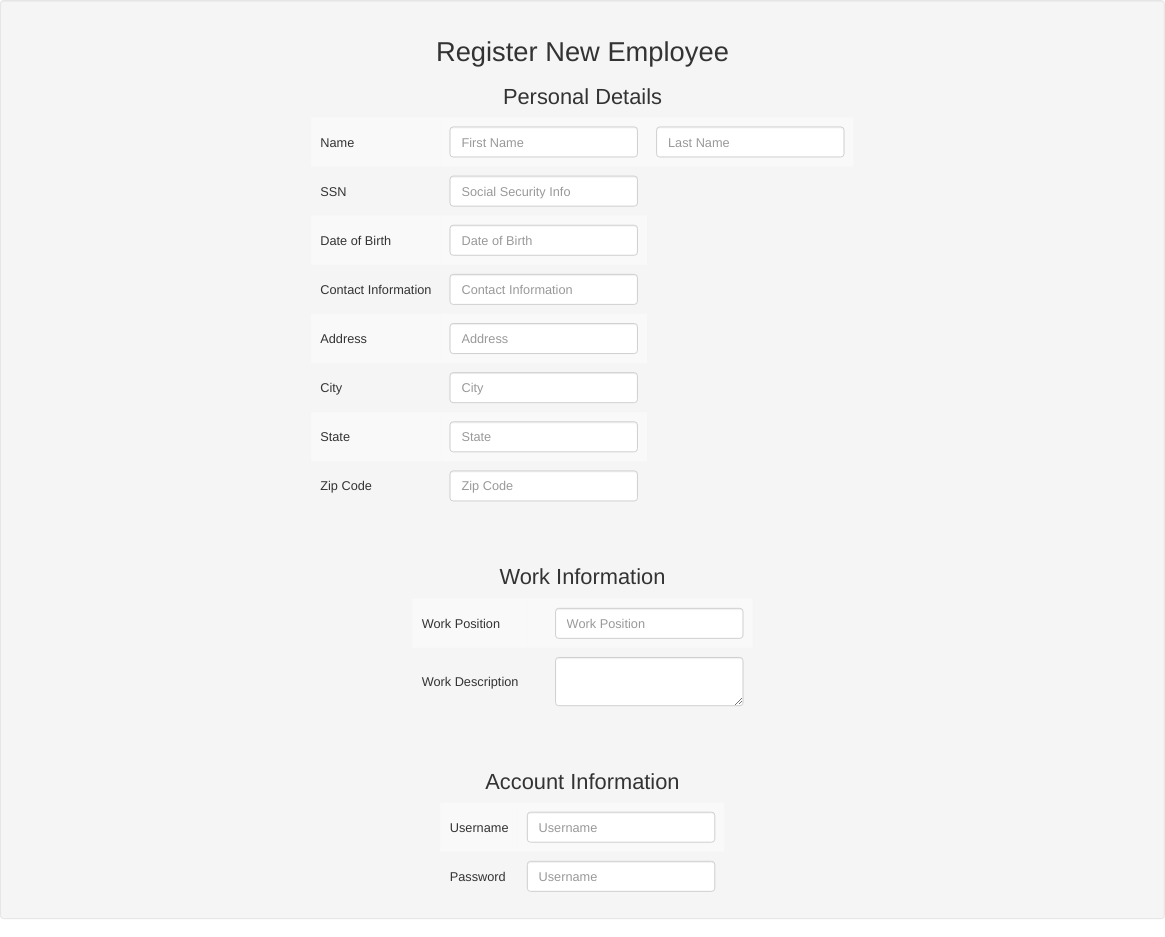
Repository: harshadrane89/CMPE273-WebService-AirlineManagement
Page: http://localhost/AirlineManagementSystemClient/TwitterGUI/NewEmployee.jsp
These files come from the project's save history. The page is drawn as it stood at one moment and after the next save; the edit follows.
The browser window is 1280 px wide. The pictures show the whole page, at 91% of full size.
The page is served by Tomcat 9.

Above is the page before, as saved 2013-12-06 10:51:45.

After the next save:
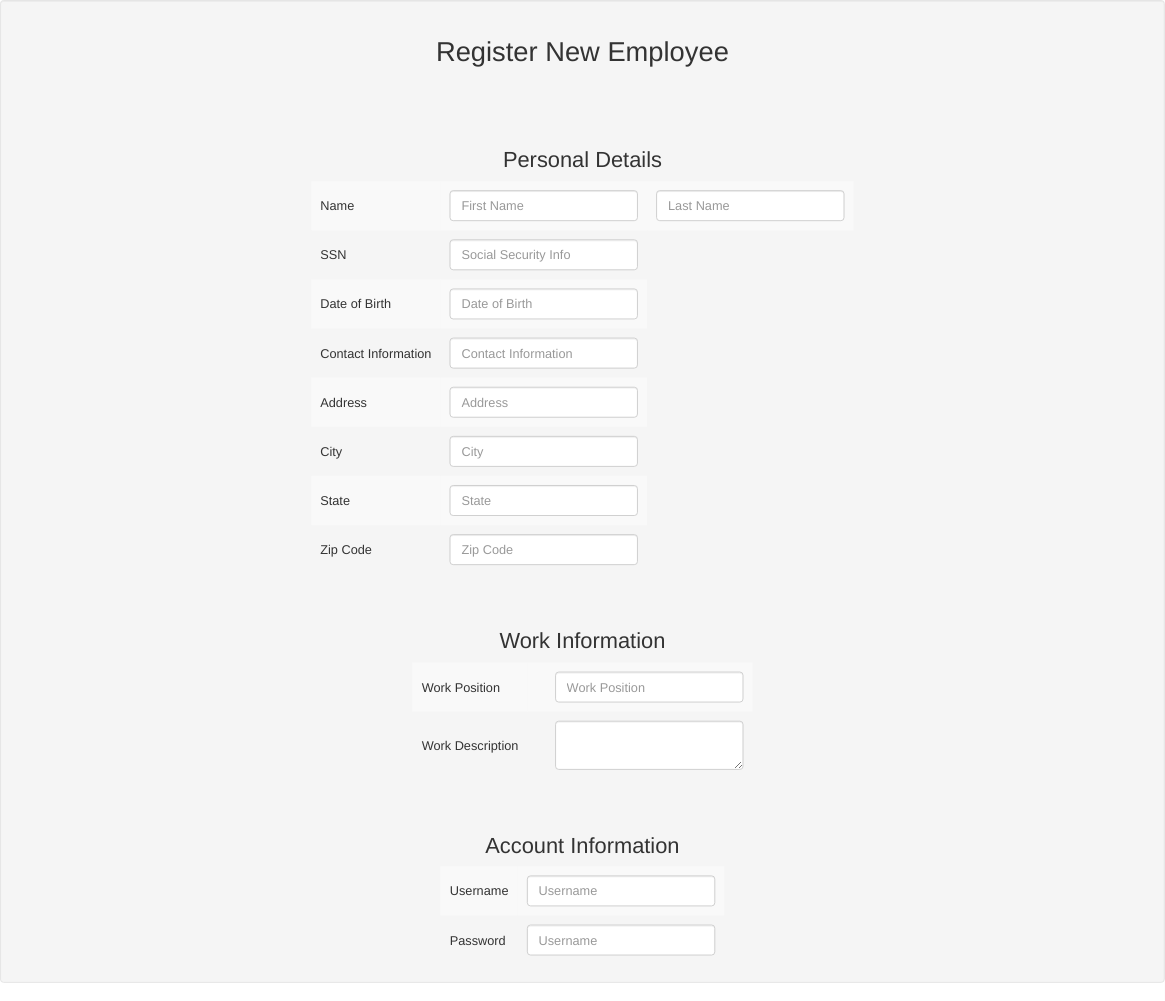
Saved 25 s later.
--- a/273_Project_Tomcat/AirlineManagementSystemClient/WebContent/TwitterGUI/NewEmployee.jsp
+++ b/273_Project_Tomcat/AirlineManagementSystemClient/WebContent/TwitterGUI/NewEmployee.jsp
@@ -13,6 +13,9 @@
 <form action="../EmployeeProcessor" method="post" class="well">
 <center>
 	<h2> Register New Employee</h2>
+	<br>
+	<br>
+	<br>
 	<%
 	AirlineEmployee emp=new AirlineEmployee();
 	if (session.getAttribute("empObj")!=null)
